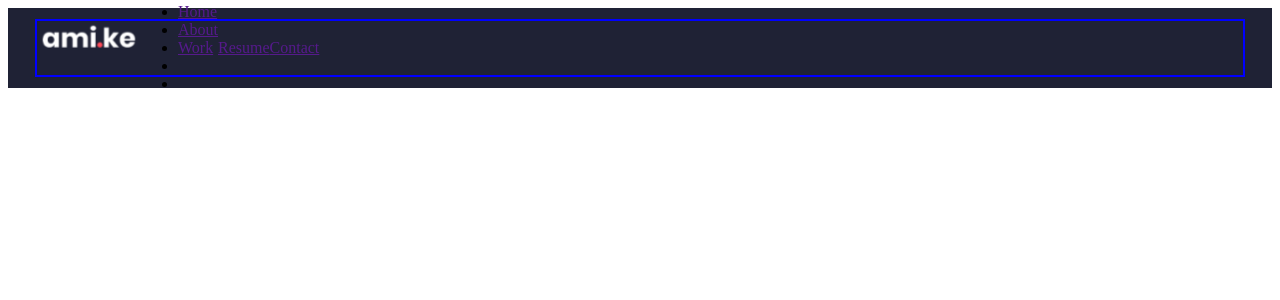
Repository: imokha01/HTML
Page: index.html
The author's editor kept a copy of each file at every save. The page is drawn from the files as they stood at one save, then again after the next save.
The browser window is 1280 px wide. The pictures show the whole page.

Above is the page before, as saved 2023-11-18 13:09:42.

After the next save:
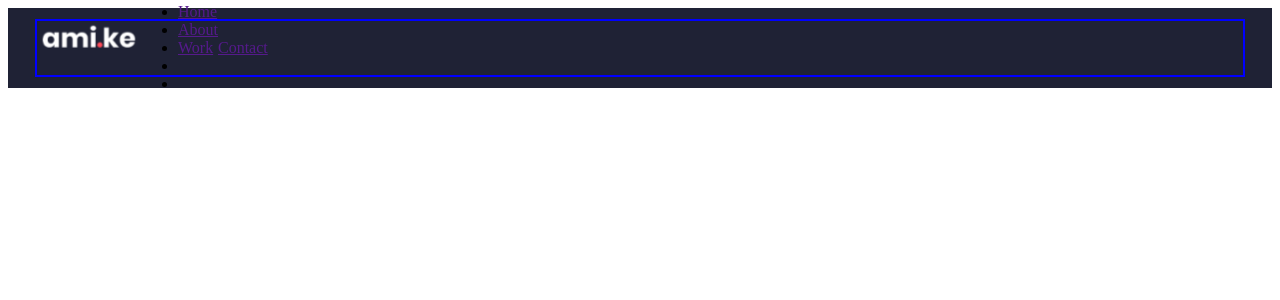
Saved 5 s later.
--- a/index.html
+++ b/index.html
@@ -22,7 +22,7 @@
 
 
 
-                <a href="">Resume</a>
+
                 <a href="">Contact</a>
             </nav>
         </div>
